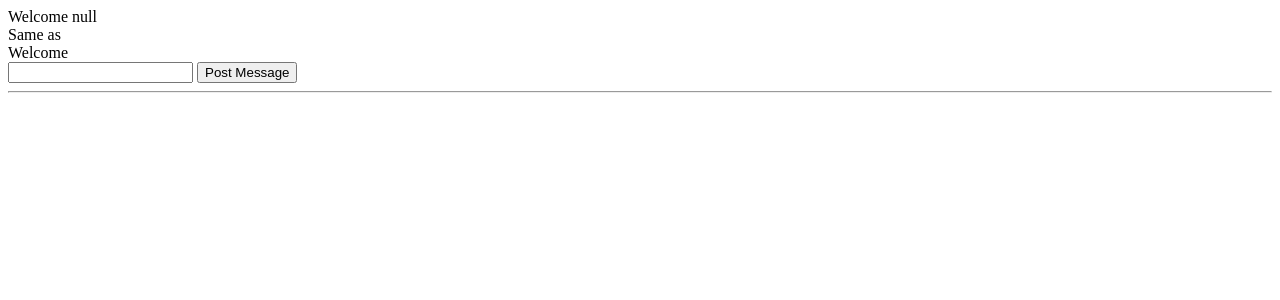
Repository: aradhyakasat/training_projects
Page: http://localhost/chatapp/chat.jsp
The author's editor kept a copy of each file at every save. The page is drawn from the files as they stood at one save, then again after the next save.
The browser window is 1280 px wide. The pictures show the whole page.
The page is served by Tomcat 9.

Above is the page before, as saved 2018-07-30 04:12:56.

After the next save:
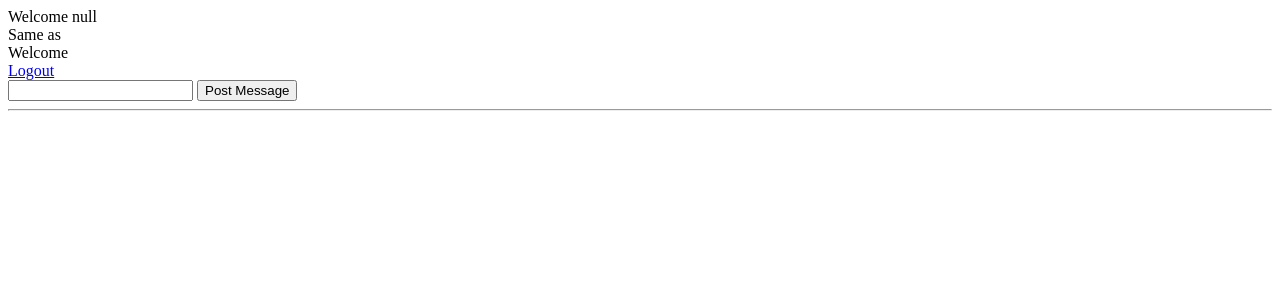
Saved 2 min 6 s later.
--- a/eclipse-workspace/chatapp/WebContent/chat.jsp
+++ b/eclipse-workspace/chatapp/WebContent/chat.jsp
@@ -13,8 +13,9 @@
 	<br /> Same as
 	<br /> Welcome ${sessionScope.user}
 	<br />
+	<a href="LoginServlet">Logout</a> <br>
 
-	<form method="post" action="chatServlet">
+	<form method="post" action="ChatServlet">
 		<input type="text" name="msg" />
 		<button type="submit">Post Message</button>
 	</form>
@@ -23,7 +24,7 @@
 
 	<!--  Get messages from servlet Context and print them -->
 	<c:forEach items="${messages}" var="m">
-		${m} <br/>
+		${m} <br />
 	</c:forEach>
 
 </body>
